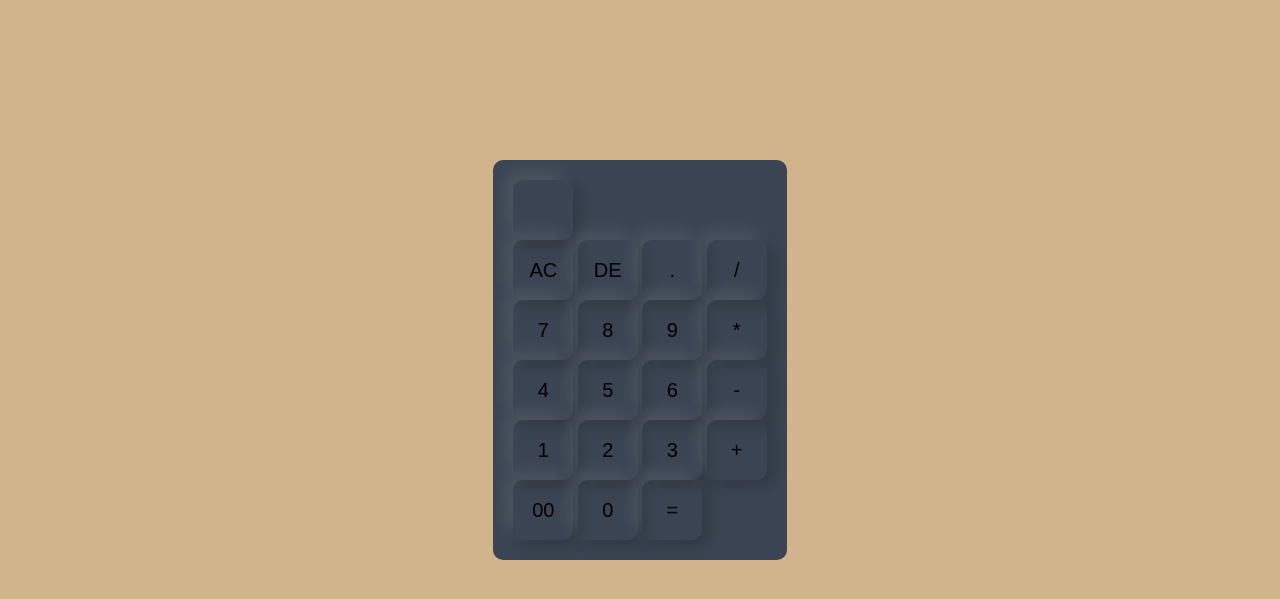
Repository: Anureet23/Calculator
Page: index.html
An editor plug-in stored every save of this project. The page is shown before and after the next save, followed by the edit.
The browser window is 1280 px wide. The pictures show the whole page.

Above is the page before, as saved 2023-02-07 22:57:04.

### index.html
<!DOCTYPE html>
<html>
    <head>
<meta name ="viewport" content="width=device-width,initial-scale=1.0">
<title>Calculator using JavaScript</title>
<link rel="stylesheet" href="style.css">
    </head>
    <body>
<div class="container">
<div class="calculator">
   <form>
       <div>
           <input type="text" name ="display">
       </div>
       <div>
           <input type="button" value="AC">
           <input type="button" value="DE">
           <input type="button" value=".">
           <input type="button" value="/">
       </div>
       <div>
        <input type="button" value="7">
        <input type="button" value="8">
        <input type="button" value="9">
        <input type="button" value="*">
    </div>
    <div>
        <input type="button" value="4">
        <input type="button" value="5">
        <input type="button" value="6">
        <input type="button" value="-">
    </div>
    <div>
        <input type="button" value="1">
        <input type="button" value="2">
        <input type="button" value="3">
        <input type="button" value="+">
    </div>
    <div>
        <input type="button" value="00">
        <input type="button" value="0">
        <input type="button" value="=">

    </div>
   </form>
</div>
</div>


    </body>
</html>

### style.css
*{
    margin:0;
    padding:0;
    font-family: 'Poppins',sans-serif;
    box-sizing: border-box;
}

.container{
    width: 100%;
    height:100vh;
    background:#D2B48C;
    display:flex;
    align-items:center;
    justify-content: center;

}
.calculator{
    background:#3a4452;
    padding:20px;
    border-radius:10px;
}
.calculator form input{
    border:0;
    outline:0;
    width: 60px;
    height: 60px;
    border-radius:10px;
    box-shadow: -8px -8px 15px rgba(255,255,255,0.1), 5px 5px 15px rgba(0,0,0,0.2) ;
    background:transparent;
    font-size:20px;
    color:
}

After the next save:
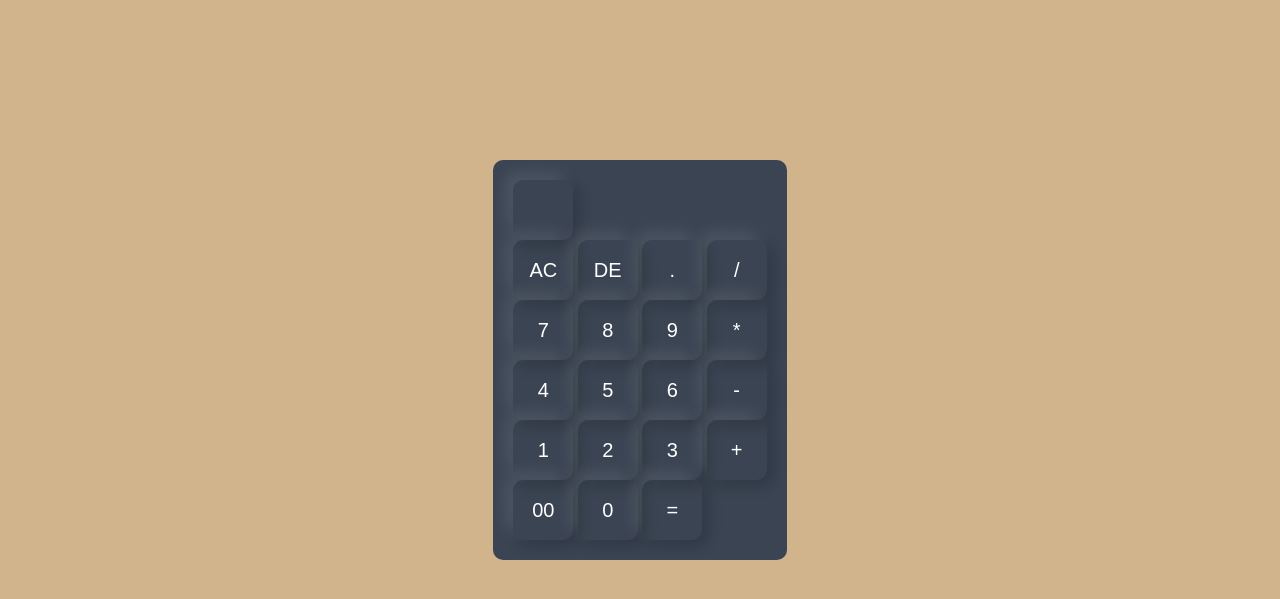
Saved 8 s later.
--- a/style.css
+++ b/style.css
@@ -28,5 +28,5 @@
     box-shadow: -8px -8px 15px rgba(255,255,255,0.1), 5px 5px 15px rgba(0,0,0,0.2) ;
     background:transparent;
     font-size:20px;
-    color:
+    color:#fff
 }
